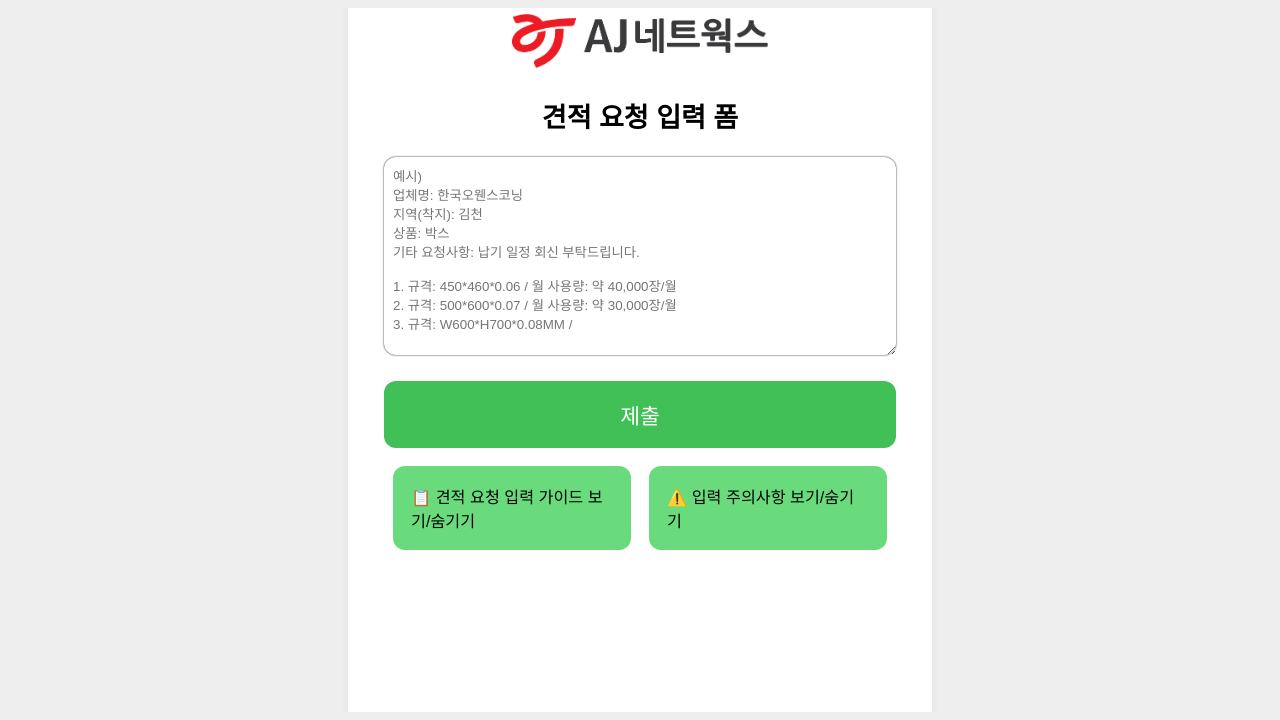
Repository: deul428/logis_test
Page: index.html
These files come from the project's save history. The page is drawn as it stood at one moment and after the next save; the edit follows.
The browser window is 1280 px wide. The pictures show the whole page.
Some web fonts or font styles are not loaded; a fallback is used.

Above is the page before, as saved 2025-09-17 09:18:51.

### index.html
<!DOCTYPE html>
<!--
📋 견적 요청 입력 가이드
업체명: [회사명]
지역: [납품지역]
요청사항: [납기, 샘플 등 요청사항]1
1. 상품: / 규격: / 사용량: [월 예상 사용량] / 사용금액: [월 예상 사용금액] / 인쇄: [O/X]
2. 상품: / 규격: / 사용량: [월 예상 사용량] / 사용금액: [월 예상 사용금액] / 인쇄: [O/X]
3. 상품: / 규격: / 사용량: [월 예상 사용량] / 사용금액: [월 예상 사용금액] / 인쇄: [O/X]
⚠️ 입력 주의사항
1. 번호 표기 필수
　- 상품/규격별 정보는 반드시 1., 2., 3. 번호를 붙여 구분합니다.
2. 상품명 표기
　- 동일 상품 + 여러 규격 → 상품:은 한 번만 쓰고, 아래에 규격을 나열해도 가능
　- 서로 다른 상품 → 각 번호마다 반드시 개별 상품:을 함께 작성
3. 필수/선택 항목
　- 업체명, 지역, 상품은 필수
　- 규격, 사용량, 사용금액, 인쇄, 요청사항 등은 선택 (없는 값은 생략 가능) -->
<html lang="ko">
  <head>
    <meta charset="UTF-8" />
    <title>견적 요청 입력 폼</title>
    <link rel="stylesheet" href="./styles/common.css" />
  </head>
  <body>
    <div class="wrap">
      <div class="cntnt_box">
        <div id="header">
          <img class="ci" src="./src/aj_ci.png" />
          <h2>견적 요청 입력 폼</h2>
        </div>
        <div id="input_area">
          <form
            action="https://script.google.com/macros/s/AKfycbwvnTOYbOr6LT2mzblHA0HMxfJFboeq3WsBVHAYUvir3JEZxm_Qbn3yYHUbS3F-L1Fz/exec"
            method="post"
          >
            <!-- <label>메시지:</label><br /> -->
            <textarea
              name="message"
              rows="12"
              placeholder="예시&#41;
업체명: 한국오웬스코닝
지역(착지): 김천
상품: 박스
기타 요청사항: 납기 일정 회신 부탁드립니다.

1. 규격: 450*460*0.06 / 월 사용량: 약 40,000장/월
2. 규격: 500*600*0.07 / 월 사용량: 약 30,000장/월
3. 규격: W600*H700*0.08MM /"
            ></textarea
            ><br /><br />
            <button type="submit">제출</button>
          </form>
        </div>
        <div id="desc_area">
          <div>
            <button class="toggle" onclick="toggleGuide('guideBox_01')">
              📋 견적 요청 입력 가이드 보기/숨기기
            </button>
            <div id="guideBox_01" class="desc_box">
              <div id="guide_01" class="desc">
                <p>📋 견적 요청 입력 가이드</p>
                <p>
                  업체명: [회사명]<br />
                  지역: [납품지역]<br />
                  요청사항: [납기, 샘플 등 요청사항]
                </p>

                <p>
                  1. 상품: / 규격: / 사용량: [월 예상 사용량] / 사용금액: [월
                  예상 사용금액] / 인쇄: [O/X]<br />
                  2. 상품: / 규격: / 사용량: [월 예상 사용량] / 사용금액: [월
                  예상 사용금액] / 인쇄: [O/X]<br />
                  3. 상품: / 규격: / 사용량: [월 예상 사용량] / 사용금액: [월
                  예상 사용금액] / 인쇄: [O/X]
                </p>
              </div>
            </div>
          </div>
          <div>
            <button class="toggle" onclick="toggleGuide('guideBox_02')">
              ⚠️ 입력 주의사항 보기/숨기기
            </button>
            <div id="guideBox_02" class="desc_box">
              <div id="guide_02" class="desc">
                <p>⚠️ 입력 주의사항</p>
                <p>
                  1. 번호 표기 필수<br />
                  - 상품/규격별 정보는 반드시 1., 2., 3. 번호를 붙여
                  구분합니다.<br />
                  2. 상품명 표기<br />
                  - 동일 상품 + 여러 규격 → 상품:은 한 번만 쓰고, 아래에 규격을
                  나열해도 가능<br />
                  - 서로 다른 상품 → 각 번호마다 반드시 개별 상품:을 함께
                  작성<br />
                  3. 필수/선택 항목<br />
                  - 업체명, 지역, 상품은 필수<br />
                  - 규격, 사용량, 사용금액, 인쇄, 요청사항 등은 선택 (없는 값은
                  생략 가능)
                </p>
              </div>
            </div>
          </div>
        </div>
      </div>
    </div>
  </body>
  <script>
    function toggleGuide(e) {
      const guideBox = document.getElementById(e);
      guideBox.classList.toggle("open");
    }
  </script>
</html>

### styles/common.css
@import url("https://fonts.googleapis.com/css2?family=Chiron+GoRound+TC:wght@200..900&family=Nanum+Pen+Script&display=swap");
html,
body {
  font-family: "Chiron GoRound TC", sans-serif;
  font-optical-sizing: auto;
  font-weight: 400;
  font-style: normal;
  font-size: 18px;
  width: 100dvw;
  height: 100dvh;
  overflow: hidden;
  background: #eee;
  display: flex;
  justify-content: center;
  align-items: center;
  flex-direction: column;
}
.wrap {
  width: 40%;
  /* height: 60%; */
  padding: 2rem;
  background: white;
  border-radius: 12px;
  box-shadow: 0 5px 10px 0 rgba(0, 0, 0, 0.064);
}
.cntnt_box {
  width: 100%;
  height: 100%;
  display: flex;
  justify-content: flex-start;
  align-items: center;
  flex-direction: column;
}
#header {
  text-align: center;
  width: 20dvw;
}
.ci {
  width: 100%;
}

#input_area {
  margin-bottom: 1rem;
  width: 100%;
}
#input_area form {
  /* width: calc(100% - 3rem); */
  margin: 0 auto;
  text-align: center;
}
#input_area form > textarea {
  font-family: inherit;
  width: calc(100% - 1rem);
  padding: 0.5rem;
  border: none;
  border-radius: 12px;
  box-shadow: 0 0 2px 0 #000;
}
#input_area label {
}
#input_area button {
  background: #40c057;
  color: #fff;
}
#input_area button:hover {
  background: #37b24d;
}
#desc_area {
  width: 100%;
  height: 30dvh;
  overflow-y: auto;
  margin-bottom: 24px;
  display: flex;
  flex-direction: row;
}
#desc_area > div {
  width: calc(50% - 1rem);
  margin: 0 0.5rem;
  max-height: 300px;
  overflow: auto;
}
#desc_area > div .toggle {
  font-size: 0.9rem;
  margin: 0 auto;
  display: inline-block;
  background: #69db7c;
}
#desc_area .toggle:hover {
  background: #37b24d;
}

#desc_area > div .desc_box {
  font-size: 0.8rem;
  line-height: 1.2rem;
  display: flex;
  flex-direction: column;
  max-height: 0;
  opacity: 0;
  transition: max-height 0.3s linear; /* , opacity 0.3s linear; */
  background: #f9f9f9;
  border: 1px solid #ddd;
  border-radius: 12px;
  margin-top: 10px;
  padding: 1rem;
}

#desc_area .desc_box.open {
  max-height: 500px; /* 충분히 큰 값 */
  opacity: 1;
}

.wrap button {
  z-index: 999;
  all: unset;
  width: calc(100% - 2rem);
  font-style: 800;
  font-size: 1.2rem;
  padding: 1rem;
  border-radius: 12px;
  transition: background 0.3s linear;
  cursor: pointer;
}

After the next save:
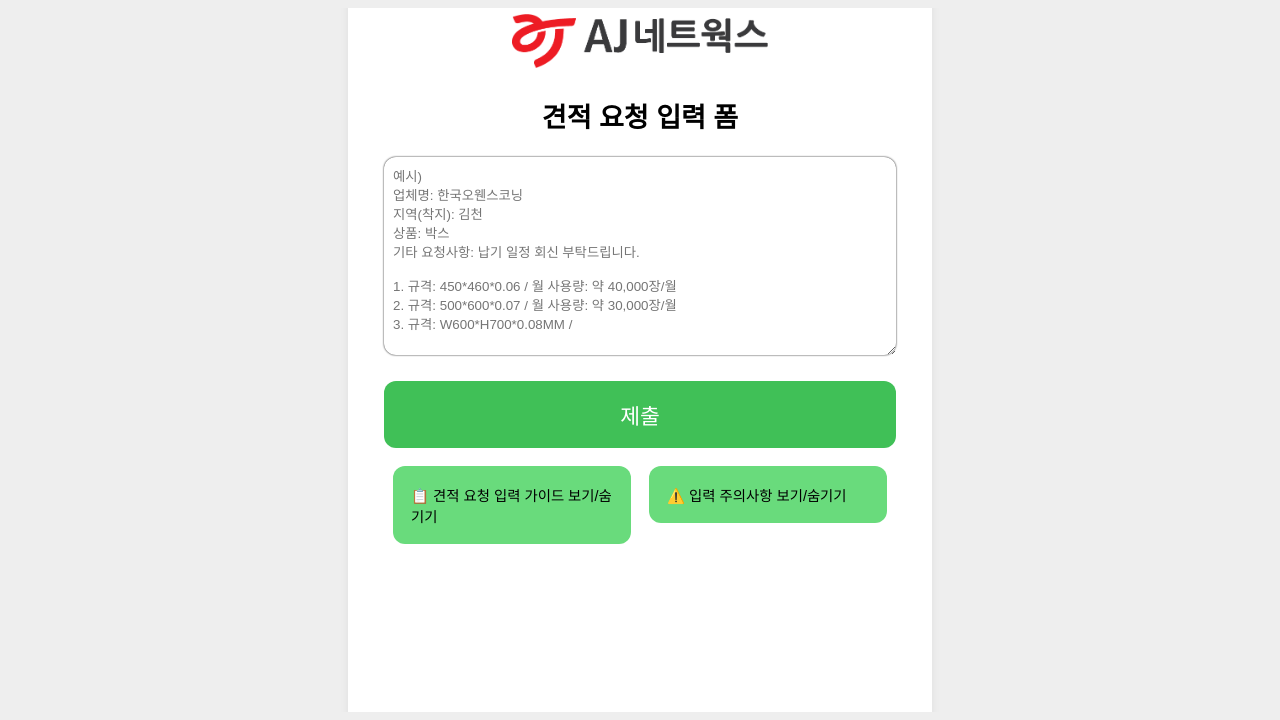
Saved 11 s later.
--- a/styles/common.css
+++ b/styles/common.css
@@ -80,7 +80,7 @@
   overflow: auto;
 }
 #desc_area > div .toggle {
-  font-size: 0.9rem;
+  font-size: 0.8rem;
   margin: 0 auto;
   display: inline-block;
   background: #69db7c;
